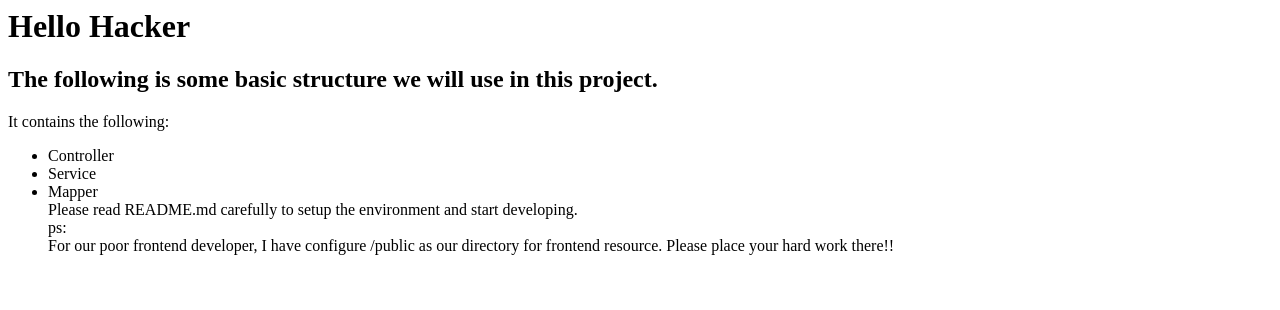
Repository: chenhongye11/DiDongBaBong
Page: didongbabong/src/main/webapp/public/index.html
The author's editor kept a copy of each file at every save. The page is drawn from the files as they stood at one save, then again after the next save.
The browser window is 1280 px wide. The pictures show the whole page.

Above is the page before, as saved 2021-01-30 01:42:43.

After the next save:
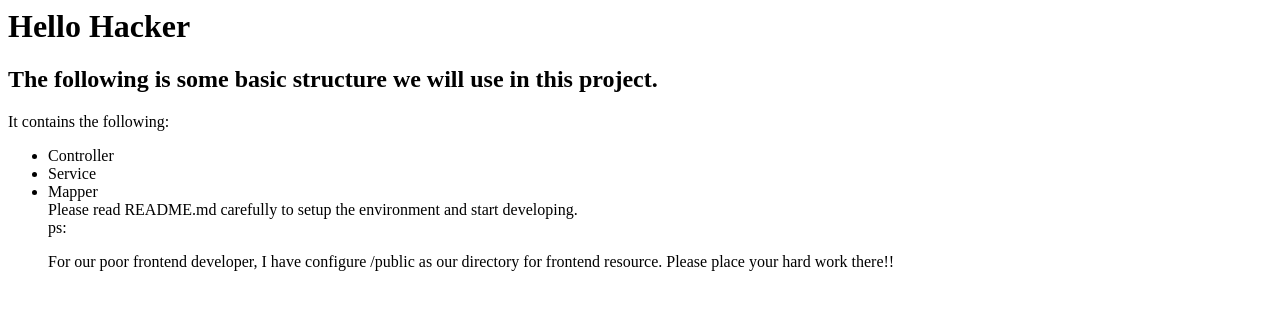
Saved 22 s later.
--- a/didongbabong/src/main/webapp/public/index.html
+++ b/didongbabong/src/main/webapp/public/index.html
@@ -10,6 +10,6 @@
 <div>Please read README.md carefully to setup the environment and start developing.</div>
 
 <div>ps:</div>
-<div>For our poor frontend developer, I have configure /public as our directory for frontend resource. Please place your hard work there!!</div>
+<p>For our poor frontend developer, I have configure /public as our directory for frontend resource. Please place your hard work there!!</p>
 </ul>
 </html>
